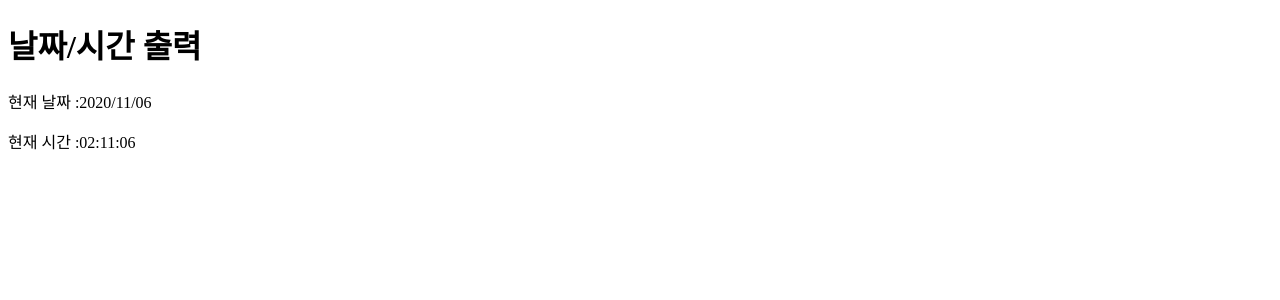
Repository: tngus3580/tngus3580
Page: http://localhost/20201109a/test4.jsp
An editor plug-in stored every save of this project. The page is shown before and after the next save, followed by the edit.
The browser window is 1280 px wide. The pictures show the whole page.
The page is served by Tomcat 9.

Above is the page before, as saved 2020-11-09 07:09:51.

### 20201109a/WebContent/test4.jsp
<%@page import="java.text.SimpleDateFormat"%>
<%@page import="java.util.Date" %>

<%@ page language="java" contentType="text/html; charset=UTF-8"
    pageEncoding="UTF-8"%>
<!DOCTYPE html>
<html>
<head>
<meta charset="UTF-8">
<title>Insert title here</title>
</head>
<body>
<%
	Date today = new Date();
		SimpleDateFormat sdf1 = new SimpleDateFormat("yyyy/MM/dd");
		SimpleDateFormat sdf2 = new SimpleDateFormat("hh:mm:ss");
%>

<h1>날짜/시간 출력</h1>
<p>현재 날짜 :<% out.println(sdf1.format(today)); %></p>
<p>현재 시간 :<% out.println(sdf2.format(today)); %></p>
</body>
</html>

After the next save:
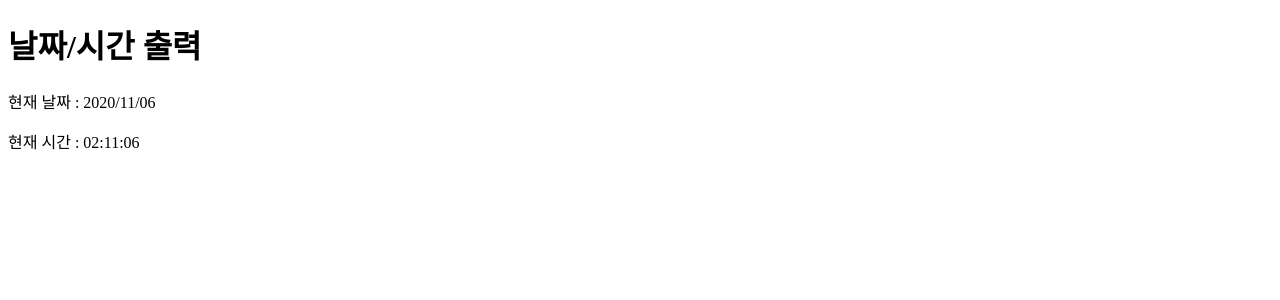
Saved 11 s later.
--- a/20201109a/WebContent/test4.jsp
+++ b/20201109a/WebContent/test4.jsp
@@ -17,7 +17,7 @@
 %>
 
 <h1>날짜/시간 출력</h1>
-<p>현재 날짜 :<% out.println(sdf1.format(today)); %></p>
-<p>현재 시간 :<% out.println(sdf2.format(today)); %></p>
+<p>현재 날짜 : <% out.println(sdf1.format(today)); %></p>
+<p>현재 시간 : <% out.println(sdf2.format(today)); %></p>
 </body>
 </html>
